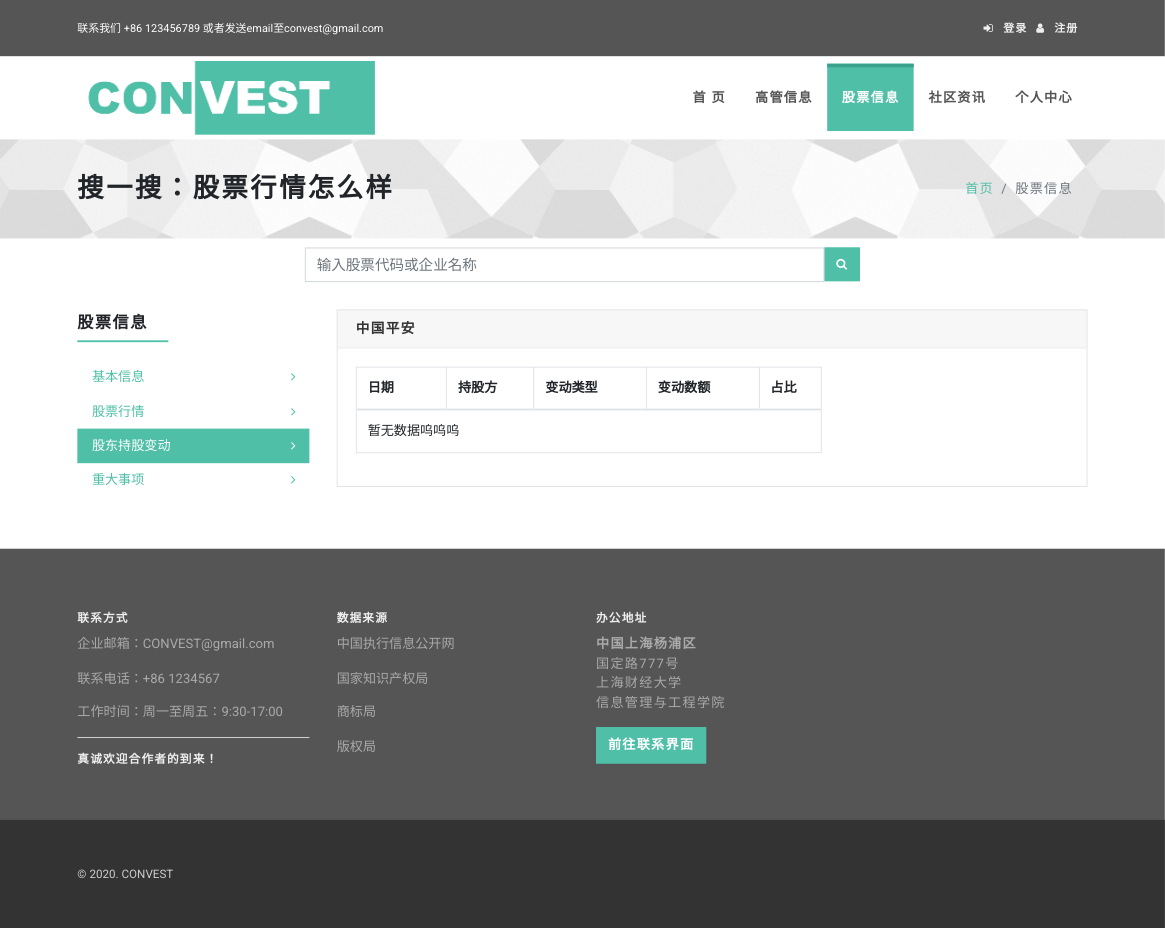
Repository: SUFELYZ/CONVEST
Page: http://localhost/CONVEST/template-content-boxes.jsp
The author's editor kept a copy of each file at every save. The page is drawn from the files as they stood at one save, then again after the next save.
The browser window is 1280 px wide. The pictures show the whole page, at 91% of full size.
The page is served by Tomcat 9.

Above is the page before, as saved 2021-01-05 18:28:07.

After the next save:
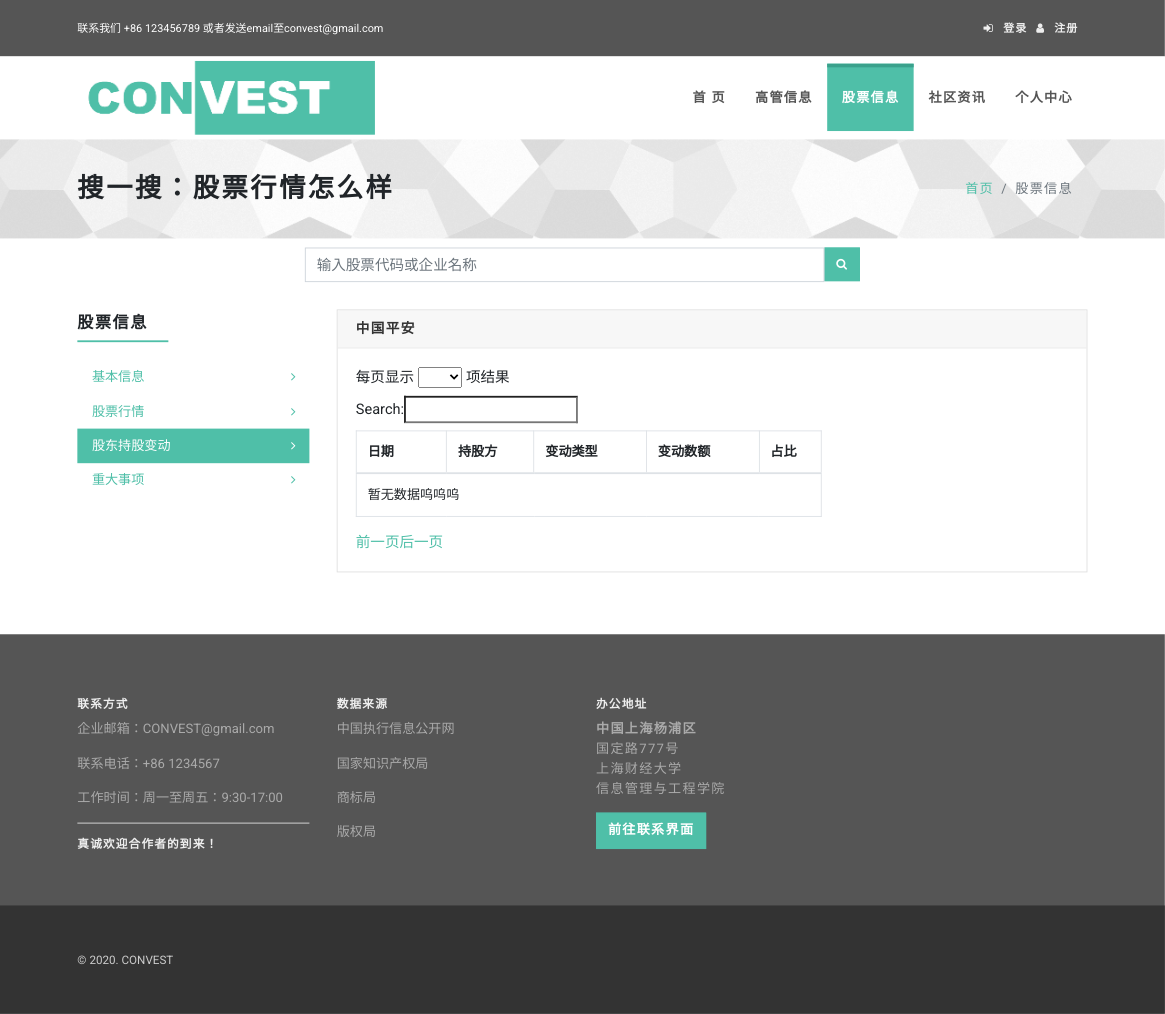
Saved 5 min 52 s later.
--- a/CONVEST 1.0/CONVEST/WebContent/template-content-boxes.jsp
+++ b/CONVEST 1.0/CONVEST/WebContent/template-content-boxes.jsp
@@ -317,12 +317,12 @@
 
  });
 	jQuery('#stock_info').dataTable({
-	     "bLengthChange": false, //开关，是否显示每页显示多少条数据的下拉框
+	     "bLengthChange": true, //开关，是否显示每页显示多少条数据的下拉框
 	     'iDisplayLength': 2, //每页初始显示5条记录
-	     'bFilter': false,  //是否使用内置的过滤功能（是否去掉搜索框）
+	     'bFilter': true,  //是否使用内置的过滤功能（是否去掉搜索框）
 	     "bInfo": false, //开关，是否显示表格的一些信息(当前显示XX-XX条数据，共XX条)
-	     "bPaginate": false, //开关，是否显示分页器
-	     "bSort": false, //是否可排序
+	     "bPaginate": true, //开关，是否显示分页器
+	     "bSort": true, //是否可排序
 
 	     "oLanguage": {  //语言转换
 	       "sInfo": "显示第 _START_ 至 _END_ 项结果，共_TOTAL_ 项",
